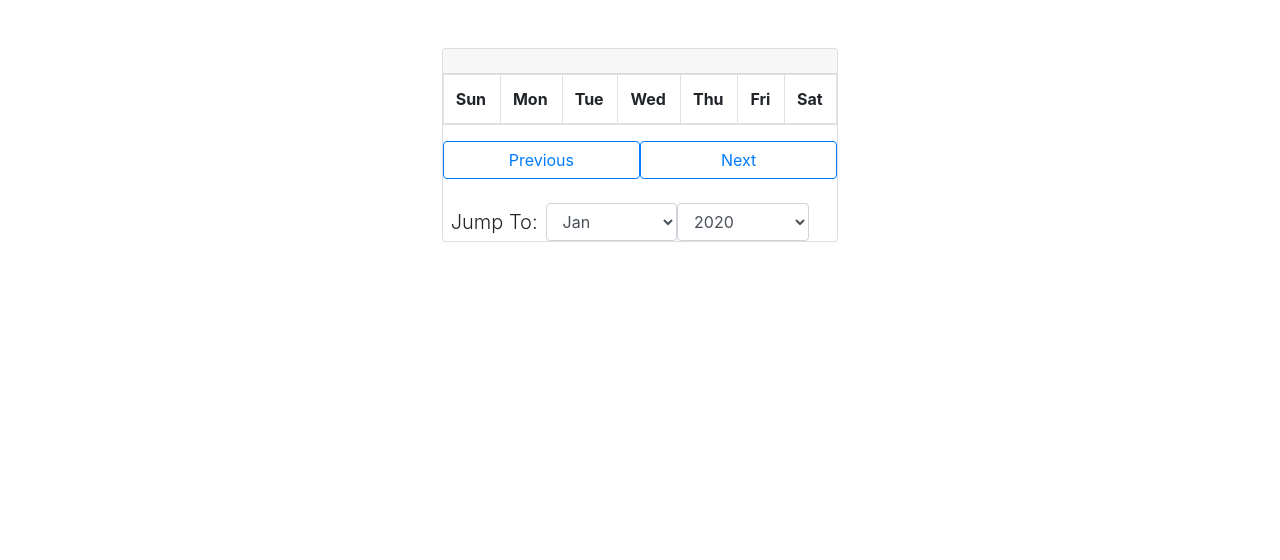
Repository: kkyler24/DayPlanner
Page: Index.html
The author's editor kept a copy of each file at every save. The page is drawn from the files as they stood at one save, then again after the next save.
The browser window is 1280 px wide. The pictures show the whole page.
Some web libraries are served in a nearby version.

Above is the page before, as saved 2020-03-24 23:12:43.
Console error: ReferenceError: tbl is not defined

After the next save:
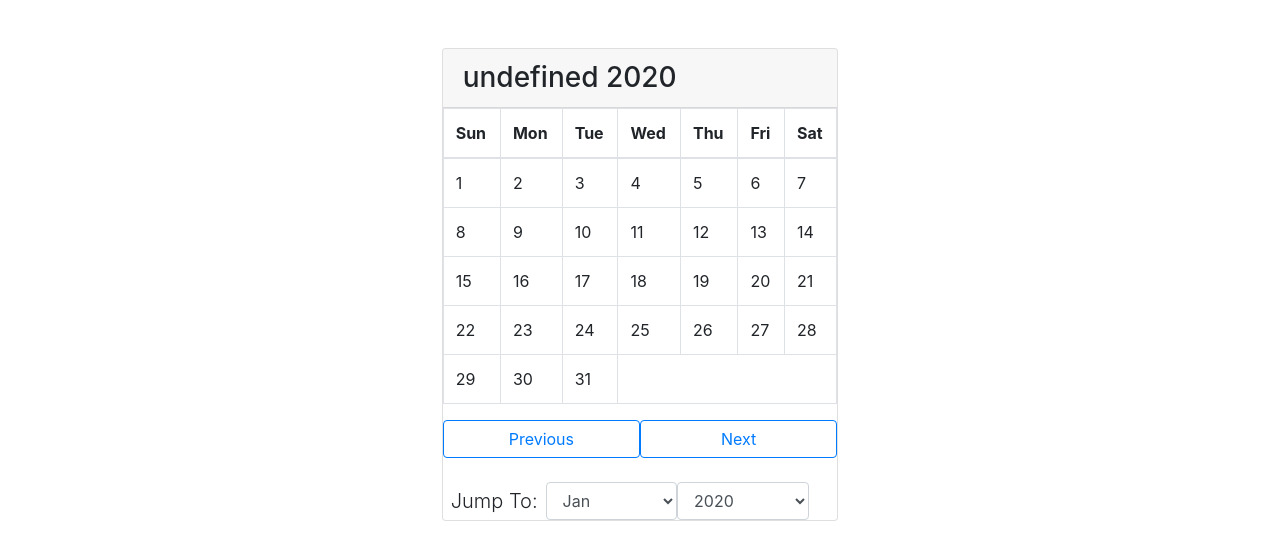
The error is gone.
Saved 76 s later.
--- a/javascript.js
+++ b/javascript.js
@@ -14,6 +14,8 @@ function showCalendar(month, year){
 
     let firstDay =(new Date(year, month)).getDay();
     let daysInMonth = 32- new Date(year, month, 32).getDate();
+
+    let tbl = document.getElementById("calendar-body");
 
     tbl.innerHTML="";
 
